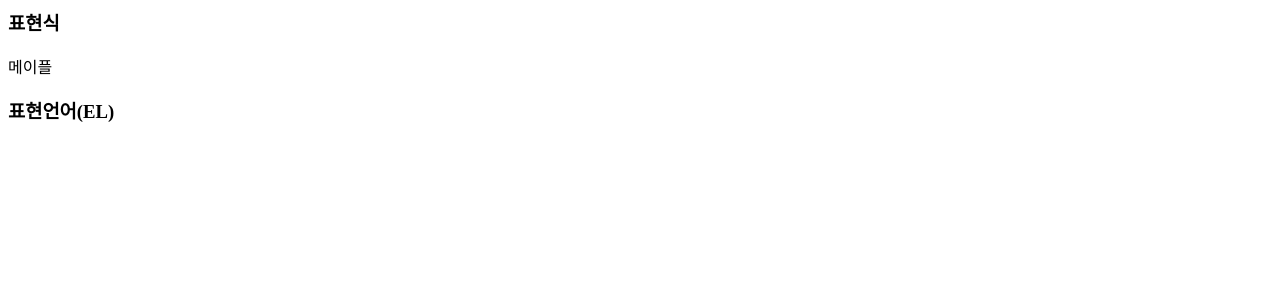
Repository: juhee1020/studying
Page: http://localhost/jsp01_basic/jsp09_el/jsp01_use_el.jsp
These files come from the project's save history. The page is drawn as it stood at one moment and after the next save; the edit follows.
The browser window is 1280 px wide. The pictures show the whole page.
The page is served by Tomcat 9.

Above is the page before, as saved 2022-12-13 06:24:18.

After the next save:
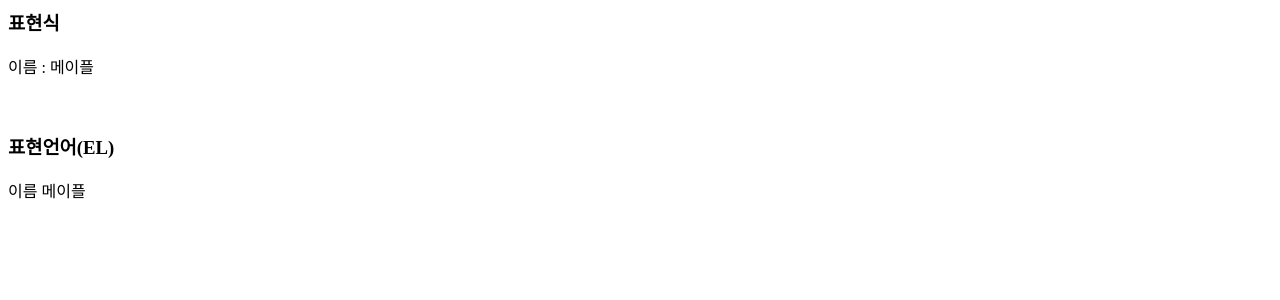
Saved 93 s later.
--- a/JSP/jsp01_basic/WebContent/jsp09_el/jsp01_use_el.jsp
+++ b/JSP/jsp01_basic/WebContent/jsp09_el/jsp01_use_el.jsp
@@ -9,9 +9,12 @@
  -->
  <%request.setAttribute("name", "메이플");%>
  <h3>표현식</h3>
- <%= request.getAttribute("name") %>
+ 이름 :  <%= request.getAttribute("name") %>
+ <br><br><br>
+
 
  <h3>표현언어(EL)</h3>
+ 이름 ${requestScope.name}
  <!--
 <!DOCTYPE html>
 <html>
